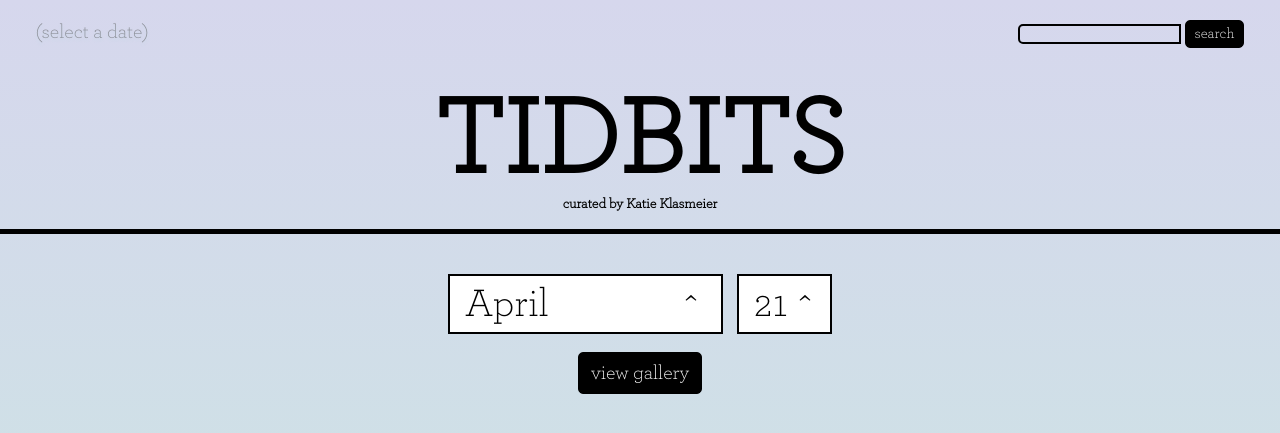
Repository: kklasmei/kklasmei.github.io
Page: tidbits/home.html
The author's editor kept a record of every edit. The page is drawn from the files as they stood at one moment, then again after the next edit.
The browser window is 1280 px wide. The pictures show the whole page.

Above is the page before.

### tidbits/home.html
<html>
    <head>
        <title>Tidbits</title>
        <link rel="stylesheet" href="tidbits.css">
    </head>

    <body>

    <div id="search">
		<form id="searchbody" method="get" action="tidbits/home.html">
		        <input type="text" class="bar" maxlength="70">
		        <input type="submit" value="search" class="button">
		</form>
		<p1> (select a date) </p1>
	<div class="tfclear"></div>
	</div>

        <h1> TIDBITS </h1>
        <h2> curated by Katie Klasmeier </h2>
        <hr>
<div class= "date">
    <div class= "month">
        <select name="month">
    	<option value="1" disabled>January</option>
    	<option value="2" disabled>February</option>
    	<option value="3" disabled>March</option>
    	<option value="4">April &nbsp;&nbsp;&nbsp;&nbsp;&nbsp;&nbsp;&nbsp;&nbsp;&nbsp;&nbsp;&nbsp;&nbsp;&nbsp;&nbsp;^</option>
    	<option value="5" disabled>May</option>
    	<option value="6" disabled>June</option>
    	<option value="7" disabled>July</option>
    	<option value="8" disabled>August</option>
    	<option value="9" disabled>September</option>
    	<option value="10" disabled>October</option>
    	<option value="11" disabled>November</option>
    	<option value="12" disabled>December</option>
    </select></div>

    <div class="day">
        <select name="day">
    	<option value="1" disabled>1</option>
    	<option value="2" disabled>2</option>
    	<option value="3" disabled>3</option>
    	<option value="4" disabled>4</option>
    	<option value="5" disabled>5</option>
    	<option value="6" disabled>6</option>
    	<option value="7" disabled>7</option>
    	<option value="8" disabled>8</option>
    	<option value="9" disabled>9</option>
    	<option value="10" disabled>10</option>
    	<option value="11" disabled>11</option>
    	<option value="12" disabled>12</option>
    	<option value="13" disabled>13</option>
    	<option value="14" disabled>14</option>
    	<option value="15" disabled>15</option>
    	<option value="16" disabled>16</option>
    	<option value="17" disabled>17</option>
    	<option value="18" disabled>18</option>
    	<option value="19" disabled>19</option>
    	<option value="20" disabled>20</option>
    	<option value="21">21&nbsp;^</option>
    	<option value="22" disabled>22</option>
    	<option value="23" disabled>23</option>
    	<option value="24" disabled>24</option>
    	<option value="25" disabled>25</option>
    	<option value="26" disabled>26</option>
    	<option value="27" disabled>27</option>
    	<option value="28" disabled>28</option>
    	<option value="29" disabled>29</option>
    	<option value="30" disabled>30</option>
    	<option value="31" disabled>31</option>
    </select></div>
</div>
    	<br>

    <div id="submit">
    <input type="submit" value="view gallery" class="button">
    </div>



    </body>
</html>

### tidbits/tidbits.css
@font-face {
  font-family: 'Archer-Light';
  src: url('Archer-Light/Archer-Light.eot?#iefix') format('embedded-opentype'),  url('Archer-Light/Archer-Light.otf')  format('opentype'),
	     url('Archer-Light/Archer-Light.woff') format('woff'), url('Archer-Light/Archer-Light.ttf')  format('truetype'), url('Archer-Light/Archer-Light.svg#Archer-Light') format('svg');
  font-weight: normal;
  font-style: normal;
}

h1 {
    text-align: center;
    font-size: 110px;
    padding-top: 10;
    margin-bottom: -10;
    margin-top: 0;
    font-family: 'Archer-Light';
    color: #000;
    cursor: default;
}

h2 {
    text-align: center;
    font-size: 14;
    font-family: 'Archer-Light';
    padding-bottom: 8;
    padding-top: -40;
    margin: 0;
    cursor: default;
}

body {
    margin: 0;
    padding: 0;
 background-image: no-repeat -webkit-gradient(linear, 0 0, 0 100%, from(#d6d7ed), to(#cbe5e3)) fixed center;
 background-image: -webkit-linear-gradient(#d6d7ed, #cbe5e3) fixed center;
 background-image: linear-gradient(#d6d7ed, #cbe5e3);
    background-repeat: no-repeat, no-repeat, no-repeat;
    background-position: center;
}


hr {
    margin-bottom: 40;
    width: 100%;
    color: #000;
    display: block;
    height: 5px;
    background-color: black;
    border: none;
}

#submit {
    text-align: center;
    border-radius: 8px;
}


.month, .day {
    display: inline;
}

.date {
    text-align: center;
}

#searchbody {
	float: right;
	padding-right: 2%;
	padding-top: 20px;
	margin-right: 10px;
}

option {
    font-size: 30px;
}

.bar {
		margin: 0;
		padding: 1px 10px;
		font-family: 'Archer-Light';
		font-size: 12px;
		border: 2px solid #000;
		border-right: -7px;
		border-top-left-radius: 5px 5px;
		border-bottom-left-radius: 5px 5px;
		background-color: transparent;
}

.bar:focus {
    outline: none;
}

.button {
		margin: 0;
		font-family: 'Archer-Light';
		cursor: pointer;
		text-align: center;
		outline: none;
		color: #fff;
		border: solid 1px #000;
		background: #99c7c8;
		background: -webkit-gradient(linear, left top, left bottom, from(#000), to(#000));
		background: -moz-linear-gradient(top,  #cbe5e3,  #cbe5e3);
		border-top-right-radius: 5px 5px;
		border-bottom-right-radius: 5px 5px;
		border-top-left-radius: 5px 5px;
		border-bottom-left-radius: 5px 5px;
	}

input[value="view gallery"] {
    font-size: 20px;
	padding: 8px 12px;

}

input[value="search"] {
    font-size: 15px;
    padding: 4px 9px;
}

	.tfbutton:hover {
		text-decoration: none;
		background: #99c7c8;
		background: -webkit-gradient(linear, left top, left bottom, from(#99c7c8), to(#99c7c8));
		background: -moz-linear-gradient(top,  #99c7c8,  #99c7c8);
	}
	/* Fixes submit button height problem in Firefox */
	.tfbutton::-moz-focus-inner {
	  border: 0;
	}
	.tfclear{
		clear:both;
	}

p1 {
    font-family: 'Archer-Light';
    float: left;
    font-size: 20;
    padding-top: 20px;
    margin-left: 10px;
    padding-left: 2%;
    opacity: .6;
    background-color: #565656;
    color: transparent;
    text-shadow: 0px 2px 3px rgba(167,219,219,.5);
  -webkit-background-clip: text;
     -moz-background-clip: text;
          background-clip: text;
}

p1, #searchbody {
    display: inline;
}

.imgs {
     display: block;
     margin-left: auto;
     margin-right: auto;
}

#refresh {
  display: block;
  margin-left: auto;
  margin-left: auto;
}

.month select {
  background: #fff;
  width: 275px;
  height: 60px;
  font-family: 'Archer-Light';
  padding-left: 15px;
  font-size: 40px;
	border: 2px solid #000;   border-radius: 10;
  -webkit-appearance: none;
  color: #000;
  cursor: pointer;
}

.month {
  width: 140px;
  height: 64px;
  overflow: hidden;
  /*background: url("imgs/triangle.png") no-repeat right #fff;*/
  border: 0px solid #000;
  border-radius: 4px;
  cursor: pointer;
  padding-right: 10;
}

.day select {
  background: #fff;
  width: 95px;
  height: 60px;
  font-family: 'Archer-Light';
  padding-left: 15px;
  font-size: 40px;
	border: 2px solid #000;   border-radius: 10;
  -webkit-appearance: none;
  color: #000;
  cursor: pointer;
}

.day {
  width: 140px;
  height: 64px;
  overflow: hidden;
  background: url("imgs/triangle.png") no-repeat right #fff;
  border: 0px solid #000;
  border-radius: 4px;
}

a:link {
    opacity: .6;
    background-color: #565656;
    color: transparent;
    text-decoration: none;
    text-shadow: 0px 2px 3px rgba(167,219,219,.5);
  -webkit-background-clip: text;
     -moz-background-clip: text;
    background-clip: text;
}

a:visited {
    opacity: .6;
    background-color: #565656;
    color: transparent;
    text-decoration: none;
    text-shadow: 0px 2px 3px rgba(167,219,219,.5);
  -webkit-background-clip: text;
     -moz-background-clip: text;
    background-clip: text;
}

a:hover {
    opacity: .6;
    background-color: #99c7c8;
    color: transparent;
    text-decoration: none;
    text-shadow: 0px 2px 3px rgba(167,219,219,.5);
  -webkit-background-clip: text;
     -moz-background-clip: text;
    background-clip: text;
}

a:active {
    opacity: .6;
    background-color: #565656;
    color: transparent;
    text-decoration: none;
    text-shadow: 0px 2px 3px rgba(167,219,219,.5);
  -webkit-background-clip: text;
     -moz-background-clip: text;
    background-clip: text;
}

#top {
    background-color: #fff;
}


#tavi {
  border-radius: 50%;
  border-color: #fff;
  border-style: solid;
  margin: 20px;
  display: block;
    margin-left: auto;
    margin-right: auto;
}


#library {
  border-radius: 50%;
  border-color: #fff;
  border-style: solid;
  margin: 20px;
  display: block;
    margin-left: auto;
    margin-right: auto;
}

#worldsfair {
  border-radius: 50%;
  border-color: #fff;
  border-style: solid;
  margin: 20px;
  display: block;
    margin-left: auto;
    margin-right: auto;
}

#kinder{
  border-radius: 50%;
  border-color: #fff;
  border-style: solid;
  margin: 20px;
  display: block;
    margin-left: auto;
    margin-right: auto;
}

#cashews {
  border-radius: 50%;
  border-color: #fff;
  border-style: solid;
  margin: 20px;
  display: block;
    margin-left: auto;
    margin-right: auto;
}

#rome {
  border-radius: 50%;
  border-color: #fff;
  border-style: solid;
  margin: 20px;
  display: block;
    margin-left: auto;
    margin-right: auto;
}

#mint {
  border-radius: 50%;
  border-color: #fff;
  border-style: solid;
  margin: 20px;
  display: block;
    margin-left: auto;
    margin-right: auto;
}

#textcontent {
    display: table-cell;
    opacity: 0;
}

#textcontent:hover {
    opacity: 1;
}

.myArray {
    display: block;
    margin-left: auto;
    margin-right: auto;
}

After the next edit:
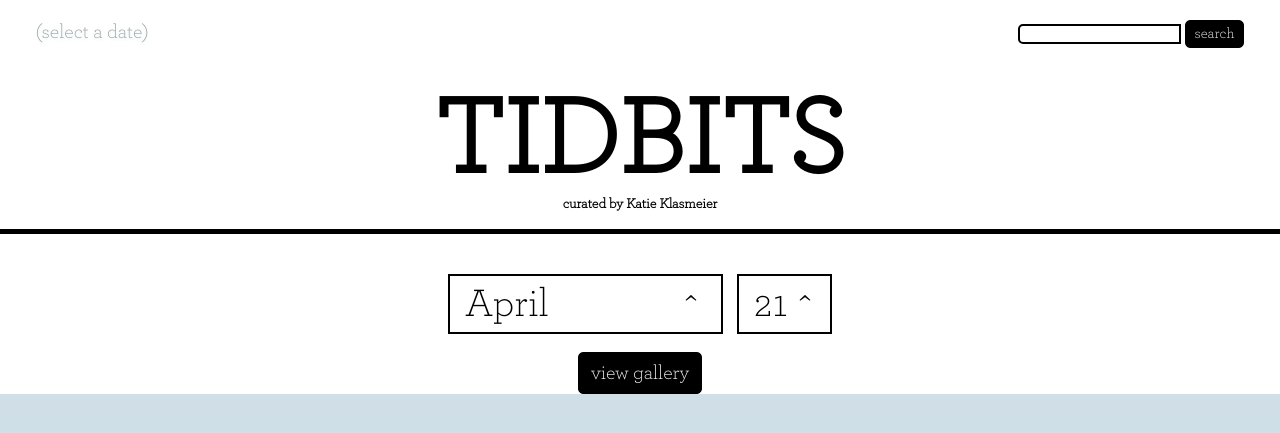
The edit:
--- a/tidbits/home.html
+++ b/tidbits/home.html
@@ -6,6 +6,7 @@
 
     <body>
 
+<div id= "top">
     <div id="search">
 		<form id="searchbody" method="get" action="tidbits/home.html">
 		        <input type="text" class="bar" maxlength="70">
